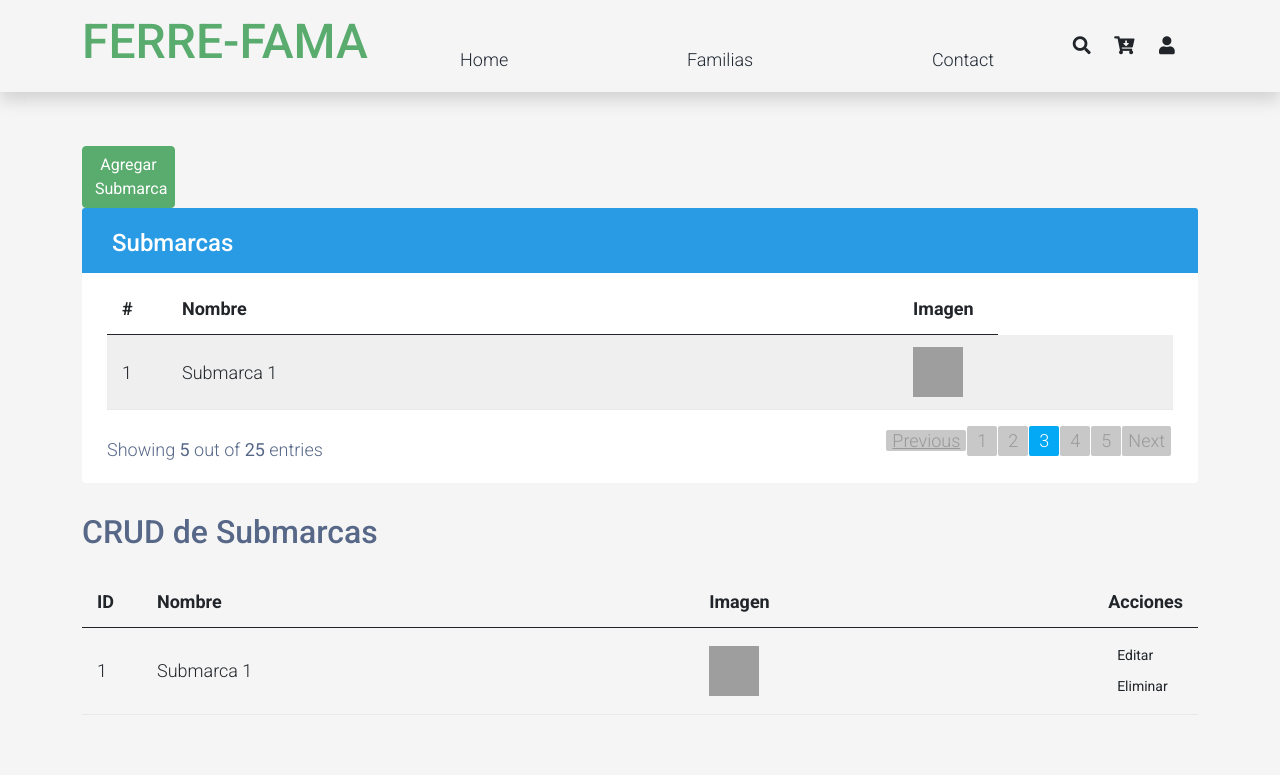
Repository: Yaqode/front-fama
Page: http://localhost/multimedia/Views/marcas.php
An editor plug-in stored every save of this project. The page is shown before and after the next save, followed by the edit.
The browser window is 1280 px wide. The pictures show the whole page.
Pictures or frames that could not be fetched are drawn as grey boxes. The page is run by PHP 8.4 with error messages shown; the project is at /var/www/html/.

Above is the page before, as saved 2023-12-07 11:18:38.

After the next save:
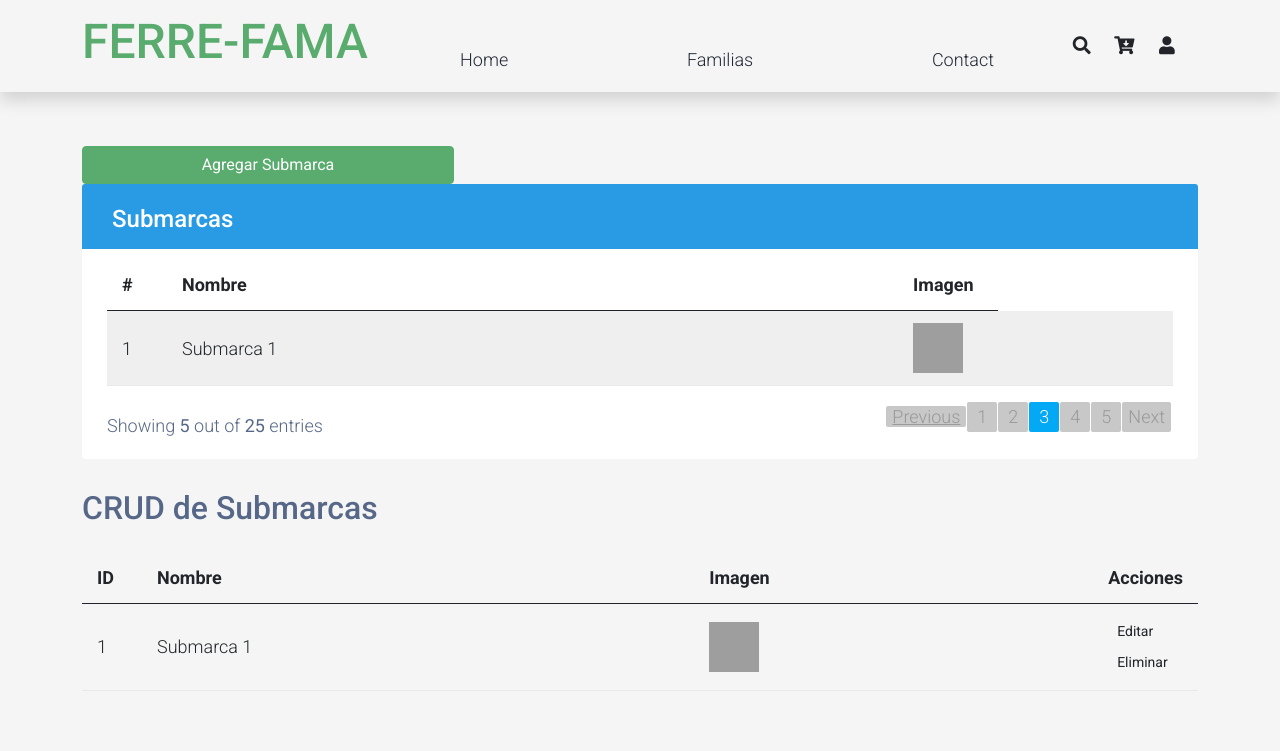
Saved 4 s later.
--- a/Views/marcas.php
+++ b/Views/marcas.php
@@ -242,7 +242,7 @@
 <div class="container-xl">
     <div class="table-responsive">
         <!-- Botón para abrir el modal de agregar submarca -->
-        <button type="button" class="btn btn-success text-white mt-4 col-1" data-bs-toggle="modal"
+        <button type="button" class="btn btn-success text-white mt-4 col-4" data-bs-toggle="modal"
                 data-bs-target="#modalSubmarca">
                 Agregar Submarca
             </button>
